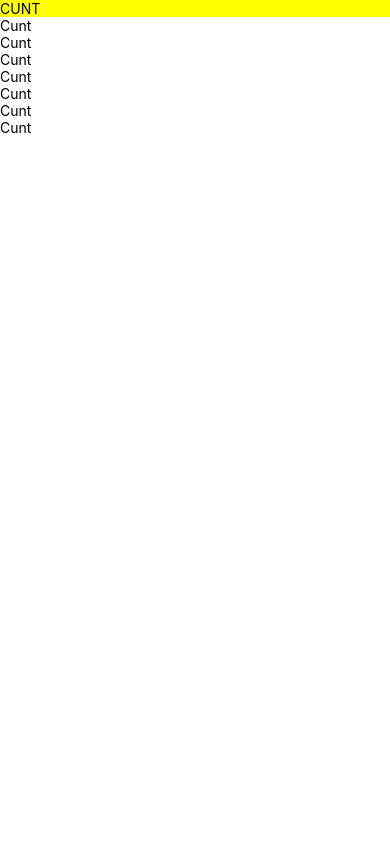
Repository: ph0ph0/ReactNative--UK-Property-App
Screen: /
An editor plug-in stored every save of this project. The screen is shown before and after the next save, followed by the edit.
The app was drawn by React Native's web renderer in a window 390 px wide. The project was rebuilt for these pictures with package versions that can differ from the ones it lists, and the page was loaded fresh each time.

Above is the screen before, as saved 2019-11-16 20:26:12.

After the next save:
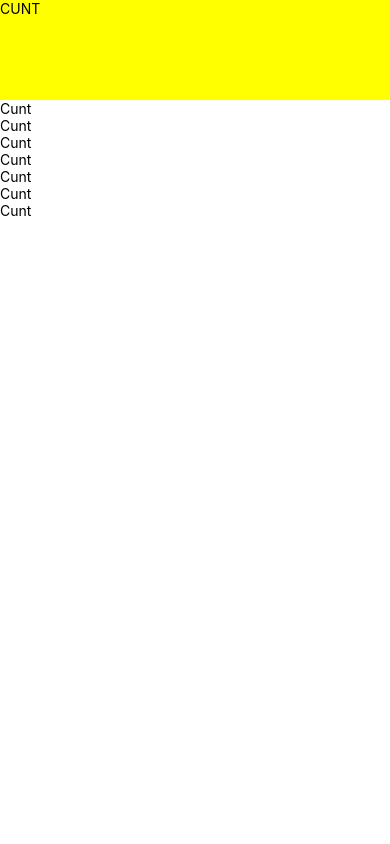
Saved 41 s later.
--- a/App.tsx
+++ b/App.tsx
@@ -33,6 +33,7 @@ const App = () => {
         style={{
           backgroundColor: 'yellow',
           borderColor: 'red',
+          height: 100,
         }}>
         <Text>CUNT</Text>
       </View>
